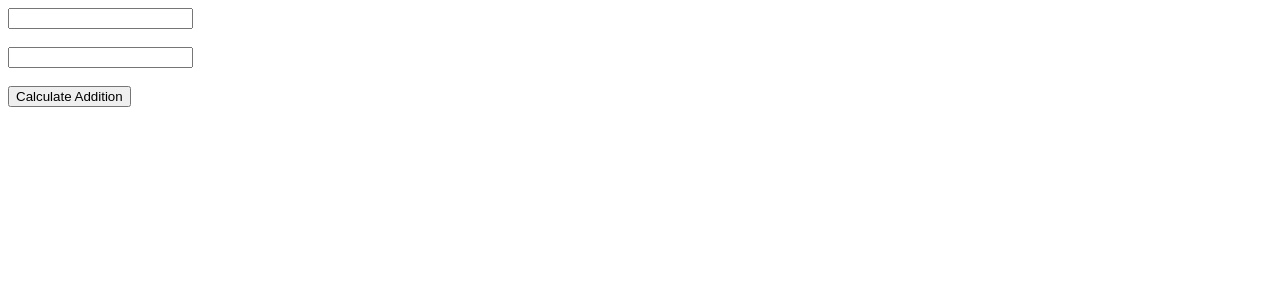
Repository: vaibhaokamble/MY_INSTITUTE_PUNE
Page: http://localhost/JSPApplication/addition.jsp
An editor plug-in stored every save of this project. The page is shown before and after a run of saves, followed by the edit.
The browser window is 1280 px wide. The pictures show the whole page.
The page is served by Tomcat 9.

Above is the page before, as saved 2022-10-18 14:44:15.

After the next 2 saves:
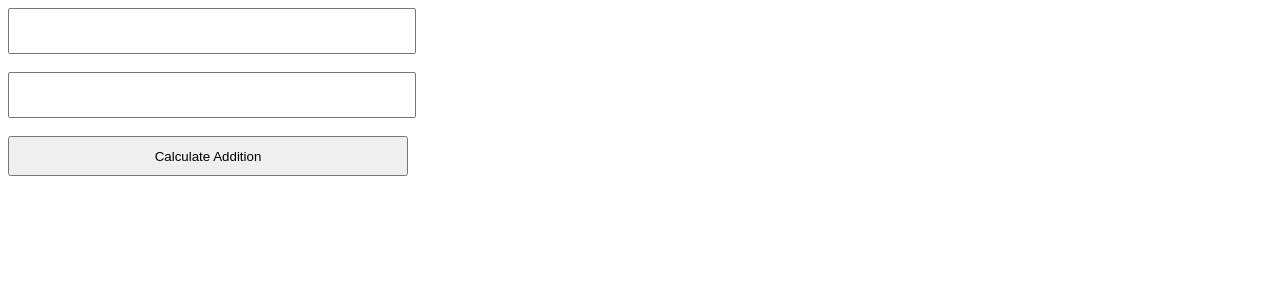
The 2 saves are shown as one change because 1 did not build or start.
The last was saved 4 min 59 s later.
--- a/JSP/JSPApplication/src/main/webapp/addition.jsp
+++ b/JSP/JSPApplication/src/main/webapp/addition.jsp
@@ -5,6 +5,12 @@
 <head>
 <meta charset="UTF-8">
 <title>Insert title here</title>
+<style>
+input {
+	width: 400px;
+	height: 40px;
+}
+</style>
 </head>
 <body>
 	<!-- Declaration -->
